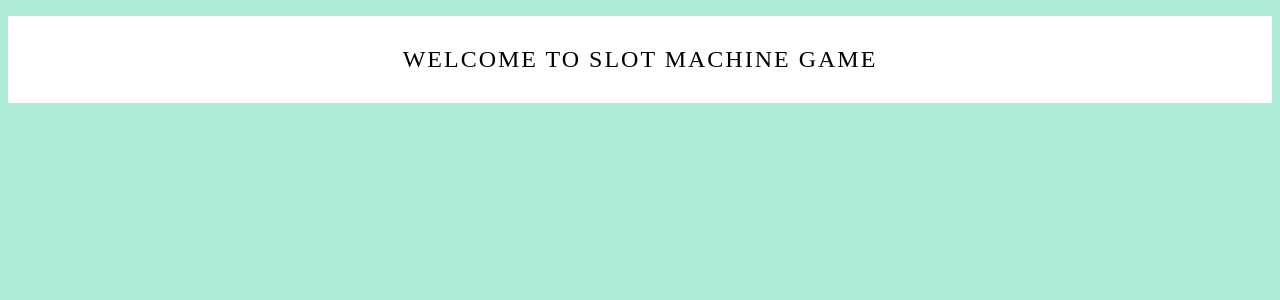
Repository: duggallakshya/slotMachineReact
Page: /
The author's editor kept a copy of each file at every save. The page is drawn from the files as they stood at one save, then again after the next save.
The browser window is 1280 px wide. The pictures show the whole page.
The project was rebuilt for these pictures with package versions that can differ from the ones it lists, and the page was loaded fresh each time.

Above is the page before, as saved 2022-03-22 21:22:48.

After the next save:
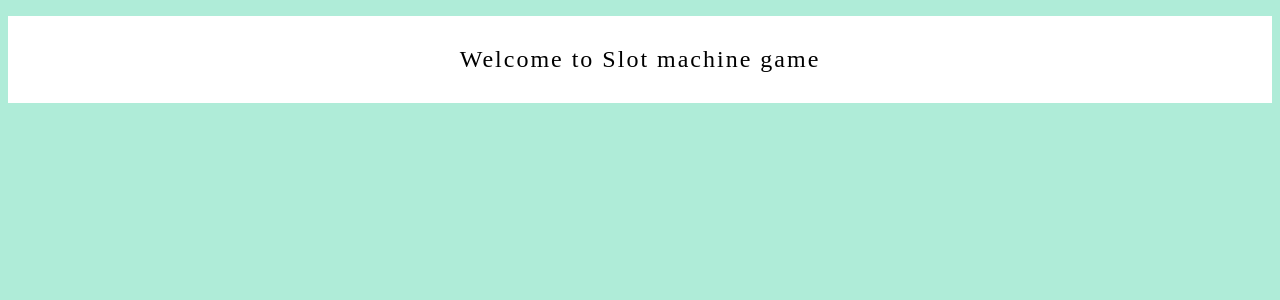
Saved 39 s later.
--- a/src/index.css
+++ b/src/index.css
@@ -6,6 +6,7 @@
 .heading-style{
   padding: 30px 0;
   text-align: center;
+  font
   text-transform: uppercase;
   font-size: 13px;
   letter-spacing: 2px;

After the save that followed:
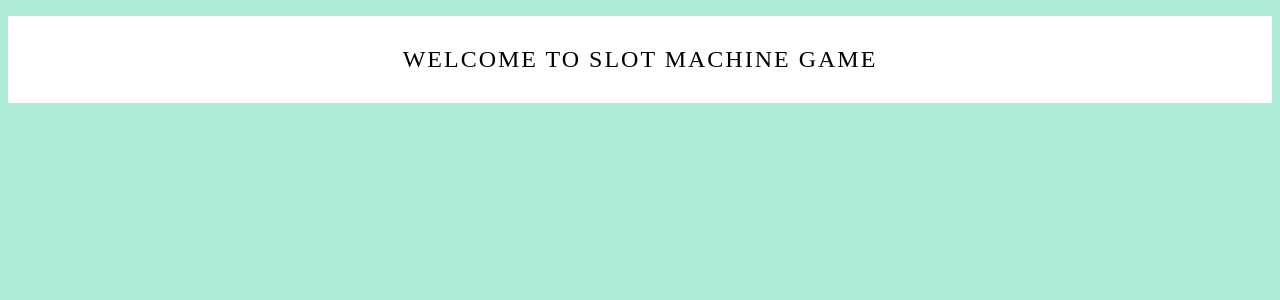
Saved 4 s later.
--- a/src/index.css
+++ b/src/index.css
@@ -6,7 +6,7 @@
 .heading-style{
   padding: 30px 0;
   text-align: center;
-  font
+  font-family: font-family: 'Raleway', sans-serif;;
   text-transform: uppercase;
   font-size: 13px;
   letter-spacing: 2px;
